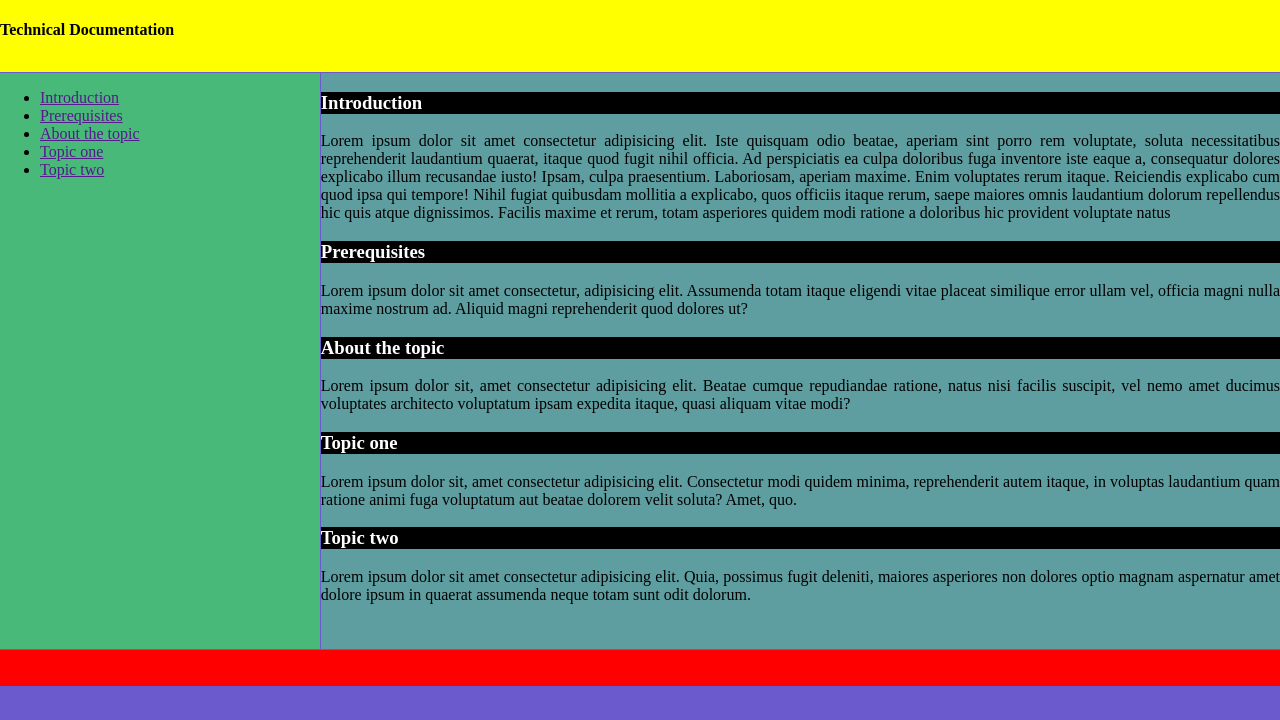
Repository: JoaoLemesDEV/Excercise-Tech-Documentation-Page
Page: index.html
The author's editor kept a copy of each file at every save. The page is drawn from the files as they stood at one save, then again after the next save.
The browser window is 1280 px wide. The pictures show the whole page.

Above is the page before, as saved 2021-10-03 22:10:10.

After the next save:
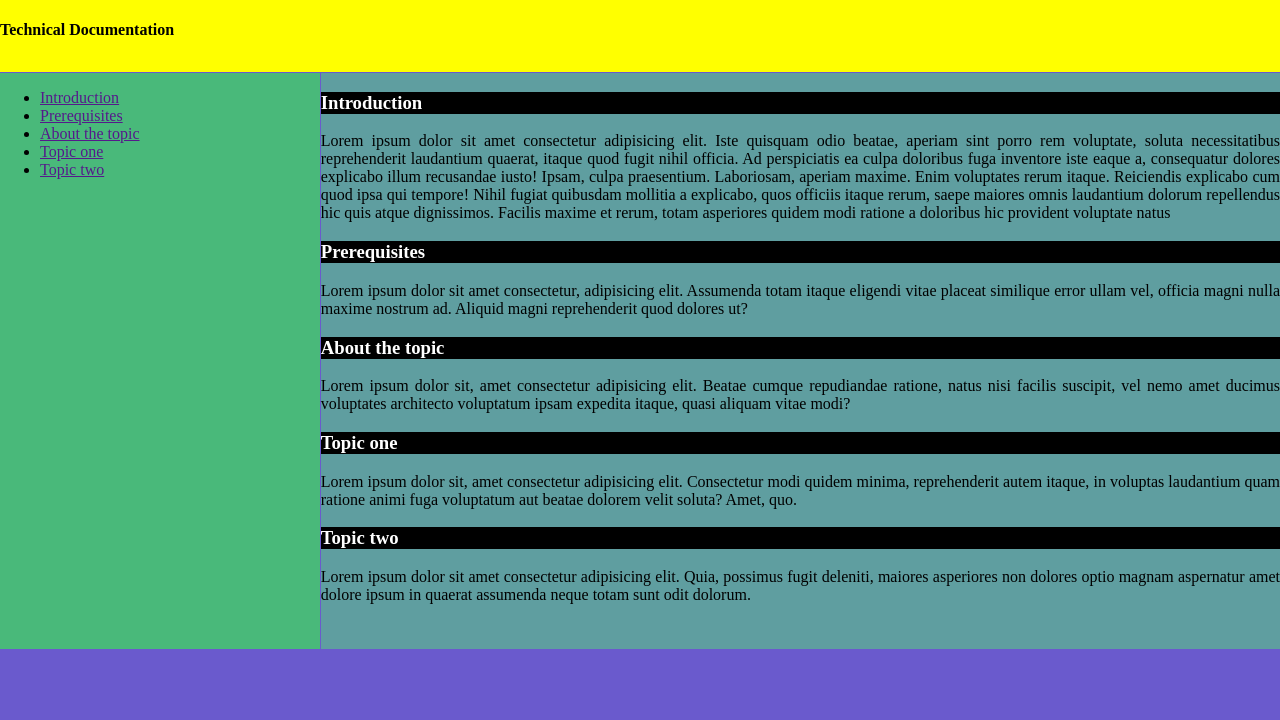
Saved 5 s later.
--- a/index.css
+++ b/index.css
@@ -7,7 +7,7 @@ html body {
 .wrapper {
   display: grid;
   grid-template-columns: 1fr 3fr;
-  grid-template-rows: 10vh 80vh 05vh;
+  grid-template-rows: 10vh 80vh;
   grid-gap: 1px 1px;
   grid-template-areas: "h h" "a m" "f f";
 }
